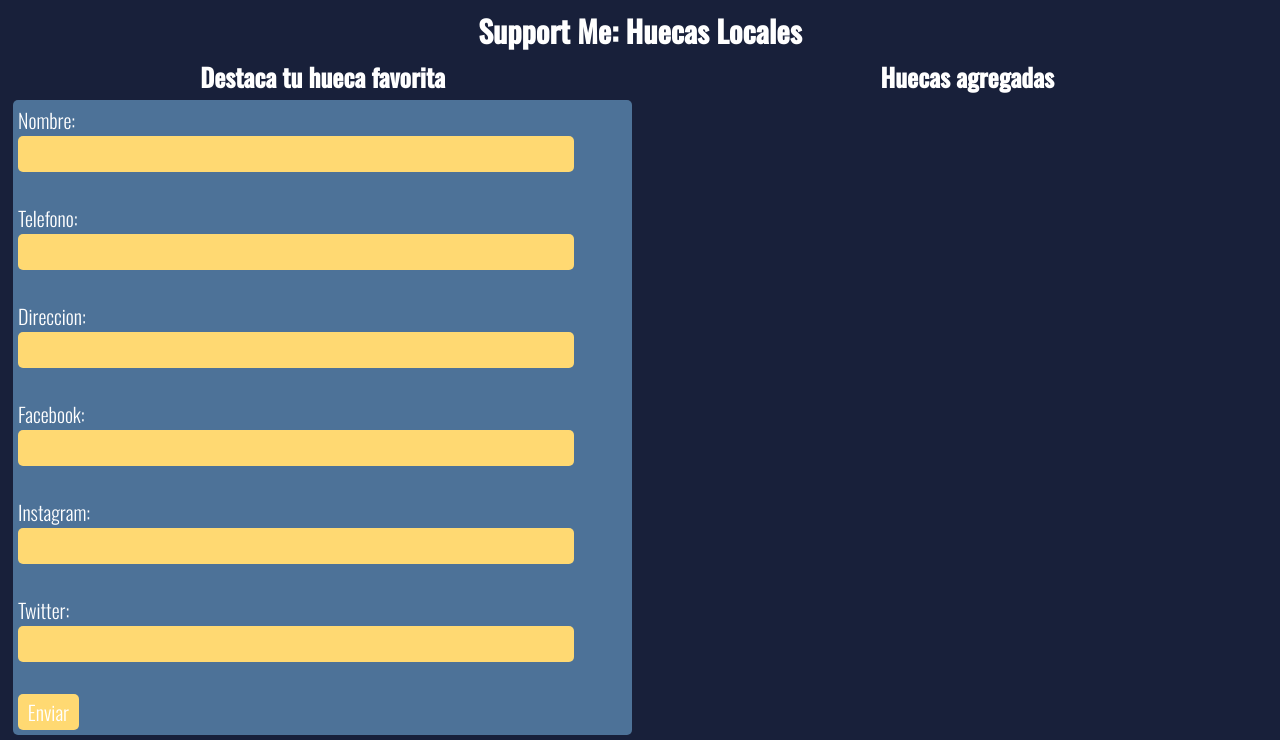
Repository: renzopachecoj/huecas-website
Page: index.html
The author's editor kept a copy of each file at every save. The page is drawn from the files as they stood at one save, then again after the next save.
The browser window is 1280 px wide. The pictures show the whole page.

Above is the page before, as saved 2020-08-01 15:35:57.

After the next save:
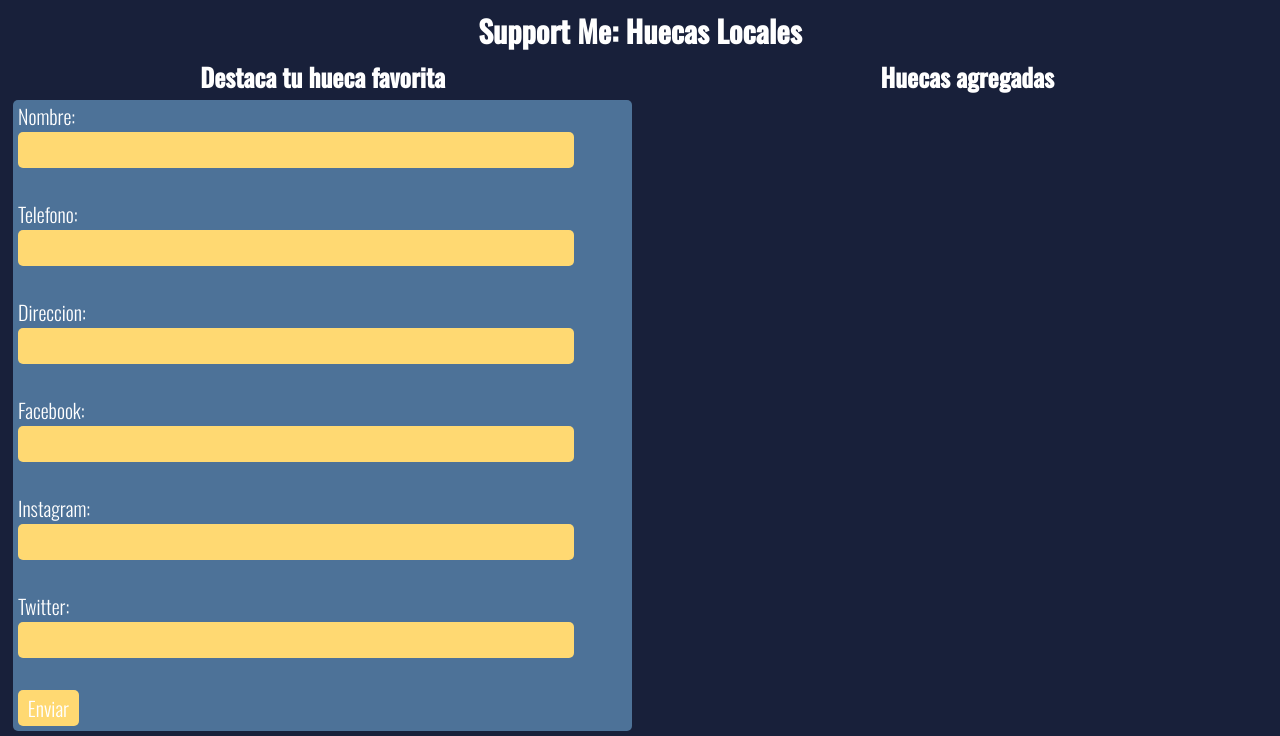
Saved 27 s later.
--- a/styles.css
+++ b/styles.css
@@ -48,7 +48,7 @@ input[value="Enviar"]{
 }
 form{
     background-color: #4D7298;
-    padding: 5px 5px 5px 5px;
+    padding: 1px 5px 5px 5px;
     border-radius: 5px;
     display: flex;
     flex-direction: column;
